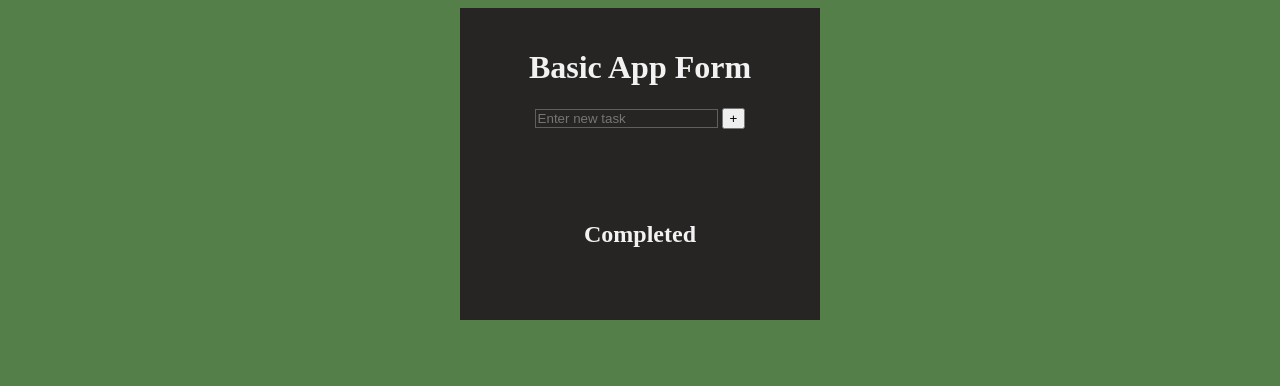
Repository: Kayla-amr/dgm_3760
Page: todoTemplate-W2/index.html
The author's editor kept a copy of each file at every save. The page is drawn from the files as they stood at one save, then again after the next save.
The browser window is 1280 px wide. The pictures show the whole page.

Above is the page before, as saved 2022-10-17 17:05:10.
Console error: TypeError: Cannot read properties of null (reading 'addEventListener')

### todoTemplate-W2/index.html
<!DOCTYPE html>
<html lang="en">

<head>
    <meta charset="UTF-8">
    <meta http-equiv="X-UA-Compatible" content="IE=edge">
    <meta name="viewport" content="width=device-width, initial-scale=1.0">
    <link rel="stylesheet" href="styles.css">
    <title>Basic Todo App</title>
</head>

<body>
    <main>
        <div class="taskForm">
            <h1 class="formTitle"></h1>
            <div>
                <input class="userInput" type="text" placeholder="Enter new task">
                <button class="addTask">+</button>
            </div>
            <h2></h2>
            <ul class='todoTasks'>
            </ul>
            <h2>Completed</h2>
            <ul class='completeTasks'>
            </ul>
    </main>

    </div>
</body>
<script src="/todoTemplate-W2/index.js"></script>

</html>

### todoTemplate-W2/styles.css
body{
    background-color: #557f49;
    color: #f2f2f2;
}
main{
    display: flex;
    justify-content: center;
}
.taskForm{
    background-color: #262524;
    padding: 20px;
    width: 20rem;
    display: flex;
    flex-direction: column;
    justify-content: center;
    align-items: center;
}

.userInput{
    background-color: #eaaf1900;
    border: 1px solid #808080a1;
    color: #f2f2f2;
}

### todoTemplate-W2/index.js
let myList = [
	{
		id: 0,
		name: 'Choose photography theme',
		category: 'Homework',
		due_date: 'Tomorrow',
		status: false
	},
	{
		id: 1,
		name: 'Organize music',
		category: 'Chores',
		due_date: 'Wednesday',
		status: false
	}
];

//app title
document.querySelector('.formTitle').innerText = 'Basic App Form';

//view todods


function displayTodos(todos) {
	//clear out any tasks (li elements) that are in the UL
	taskUl.innerHTML = '';

	//for each todo in the array, add it to the container UL
	todos.forEach(function(myTask) {
		taskUl.innerHTML += `<li data-todoId='${myTask.id}'> ${myTask.name} </li>`;
	});
}

//add todos

//store element object for the add task button
const addBtn = document.querySelector('.addTask')

addBtn.addEventListener('click', (event) => {
	addTask()
})

function addTask(){
  let userInput = document.querySelector('.userInput').value;
  const newTodoObj = {
	id: myList.length + 1,
	name: userInput,
	category: null,
	due_date: null,
	status: false
}

  myList.push(newTodoObj);

  displayTodos(myList)
}

// create a function to complete todos
function completeTask(){
	// function will take 1 parameter (input) an id of the todo to complete
	// find the todo to complete and then change the value of status in the todo object
		//use the .findIndex method to get the index
		//then edit the object directly using bracket notation
		//IE: myList[todoIDX].status
}


//create a function to delete todos
function deleteTask(){
	//much the same as the complete todo function
	//instead of editing the object, you will need to remove it from the array
}


//for complete and delete event listeners you will need to listen for events on the UL

//get a reference to the task container UL
const taskUl = document.querySelector('.tasks');

taskUl.addEventListener('click', (event) => {
	//get the id of the todo that the user clicked on.
	console.log(event.target.dataset.todoid)

	const clickedTodoId = event.target.dataset.todoid

	const todoIdx = myList.findIndex((todo) => todo.id == clickedTodoId)

	console.log(todoIdx)
	//flip the status value
	myList[todoIdx].status = !myList[todoIdx].status

	console.log(myList)

	displayTodos(myList)
})


//on page load, show the todos
displayTodos(myList)

After the next save:
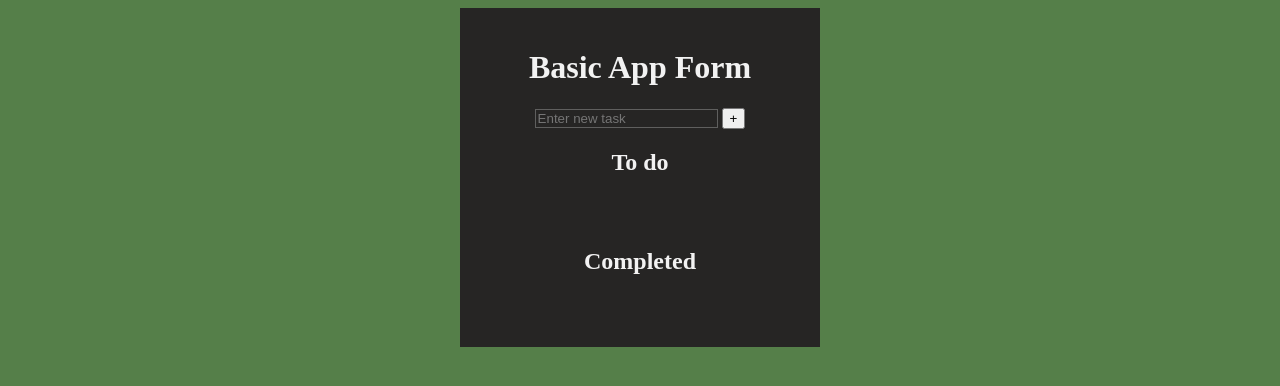
Saved 12 s later.
--- a/todoTemplate-W2/index.html
+++ b/todoTemplate-W2/index.html
@@ -17,7 +17,7 @@
                 <input class="userInput" type="text" placeholder="Enter new task">
                 <button class="addTask">+</button>
             </div>
-            <h2></h2>
+            <h2>To do</h2>
             <ul class='todoTasks'>
             </ul>
             <h2>Completed</h2>
